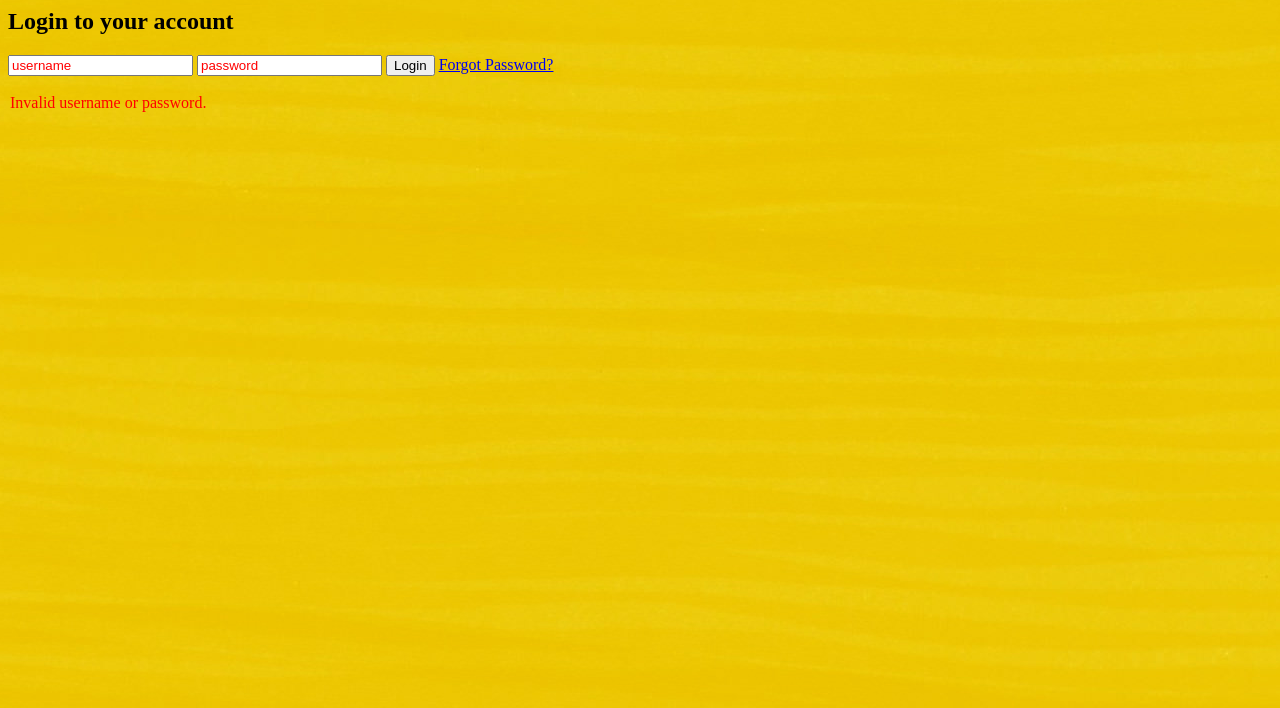
Repository: praveenshetg/GOLDEN-ROD
Page: Duolingo/papi-front/WebContent/login.html
These files come from the project's save history. The page is drawn as it stood at one moment and after the next save; the edit follows.
The browser window is 1280 px wide. The pictures show the whole page.

Above is the page before, as saved 2018-05-09 09:16:42.
Console error: ReferenceError: $ is not defined

After the next save:
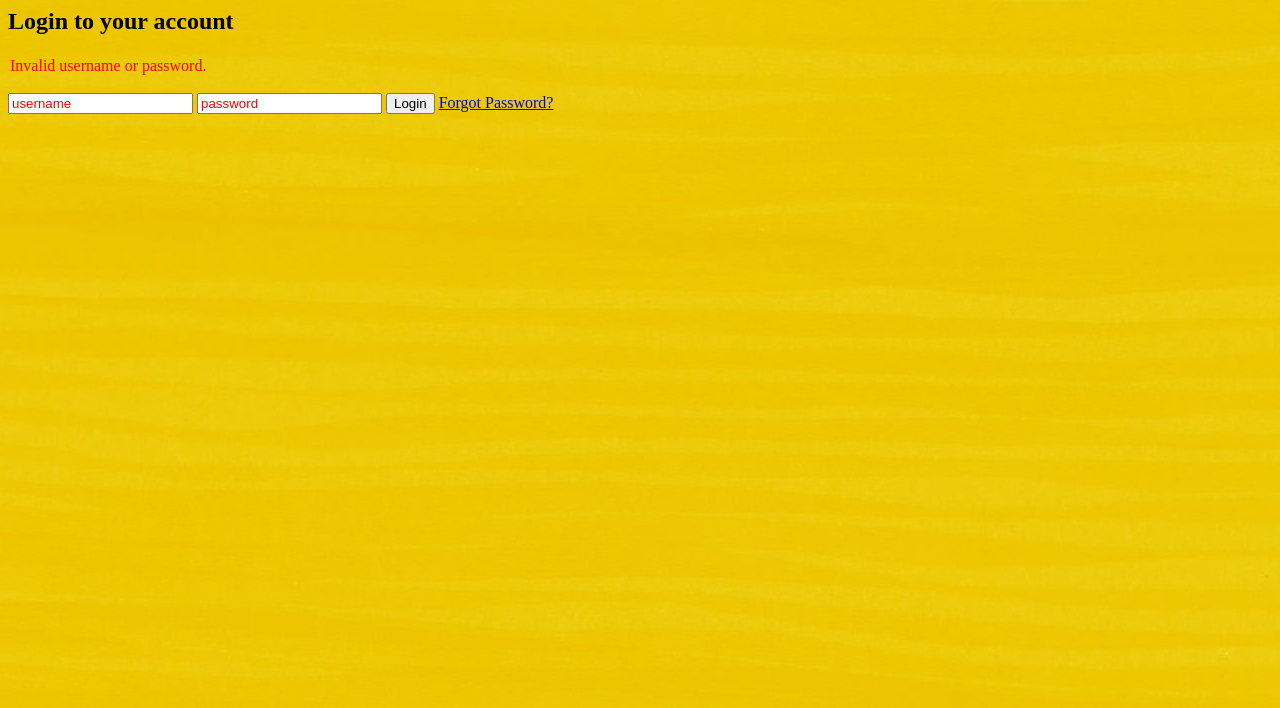
Saved 66 s later.
--- a/Duolingo/papi-front/WebContent/login.html
+++ b/Duolingo/papi-front/WebContent/login.html
@@ -21,11 +21,12 @@ body {
 <div class="log-form" id="login_form">
   <h2>Login to your account</h2>
   <form action="">
+  <p style="color:red;padding:2px;">Invalid username or password.</p>
     <input type="text" title="username" placeholder="username" id="pw-username" required/>
     <input type="password" title="username" placeholder="password"  id="pw-password"  required/>
     <button type="submit" class="login-btn btn" id="login-btn">Login</button>
     <a class="forgot" href="/peakaboo/forgot_pass.html"  id="pw-forgot-pass" >Forgot Password?</a>
-    <p style="color:red;padding:2px;">Invalid username or password.</p>
+
   </form>
 </div><!--end log form -->
 </body>
